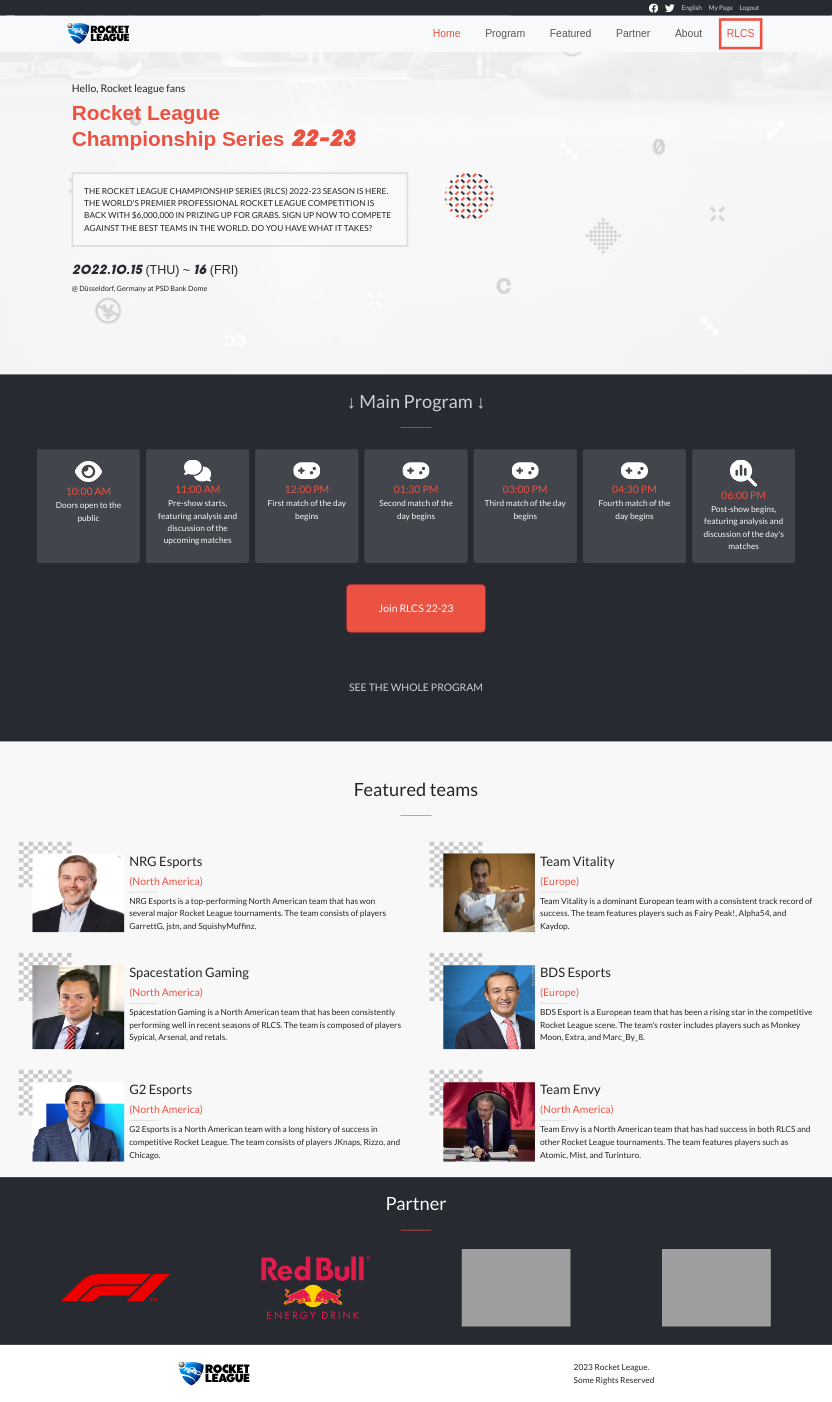
Repository: Salimer/RLCS-event-landing-page
Page: index.html
The author's editor kept a copy of each file at every save. The page is drawn from the files as they stood at one save, then again after a run of saves.
The browser window is 1280 px wide. The pictures show the whole page, at 65% of full size.
Pictures or frames that could not be fetched are drawn as grey boxes. Backgrounds fixed to the window are drawn as part of the page.

Above is the page before, as saved 2023-04-20 15:44:54.

After the next 3 saves:
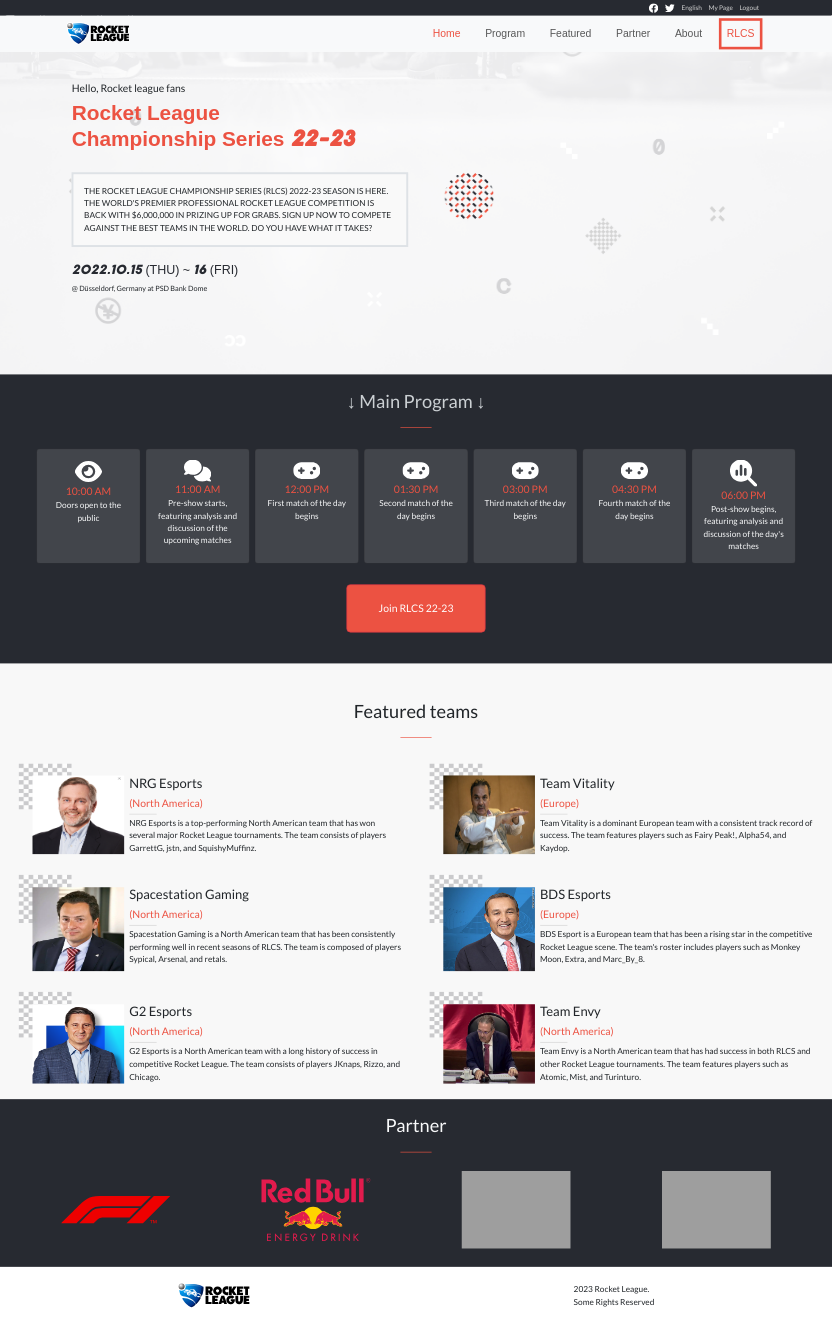
The 3 saves are shown as one change because they came seconds apart.
The last was saved 9 s later.
--- a/style.css
+++ b/style.css
@@ -209,10 +209,12 @@
 }
 
 #whole-program {
-  d
+  display: none;
   text-decoration: underline;
   color:rgba(222, 226, 230, 0.9);
 }
+
+
 
 /* Featured  */
 .featured {
